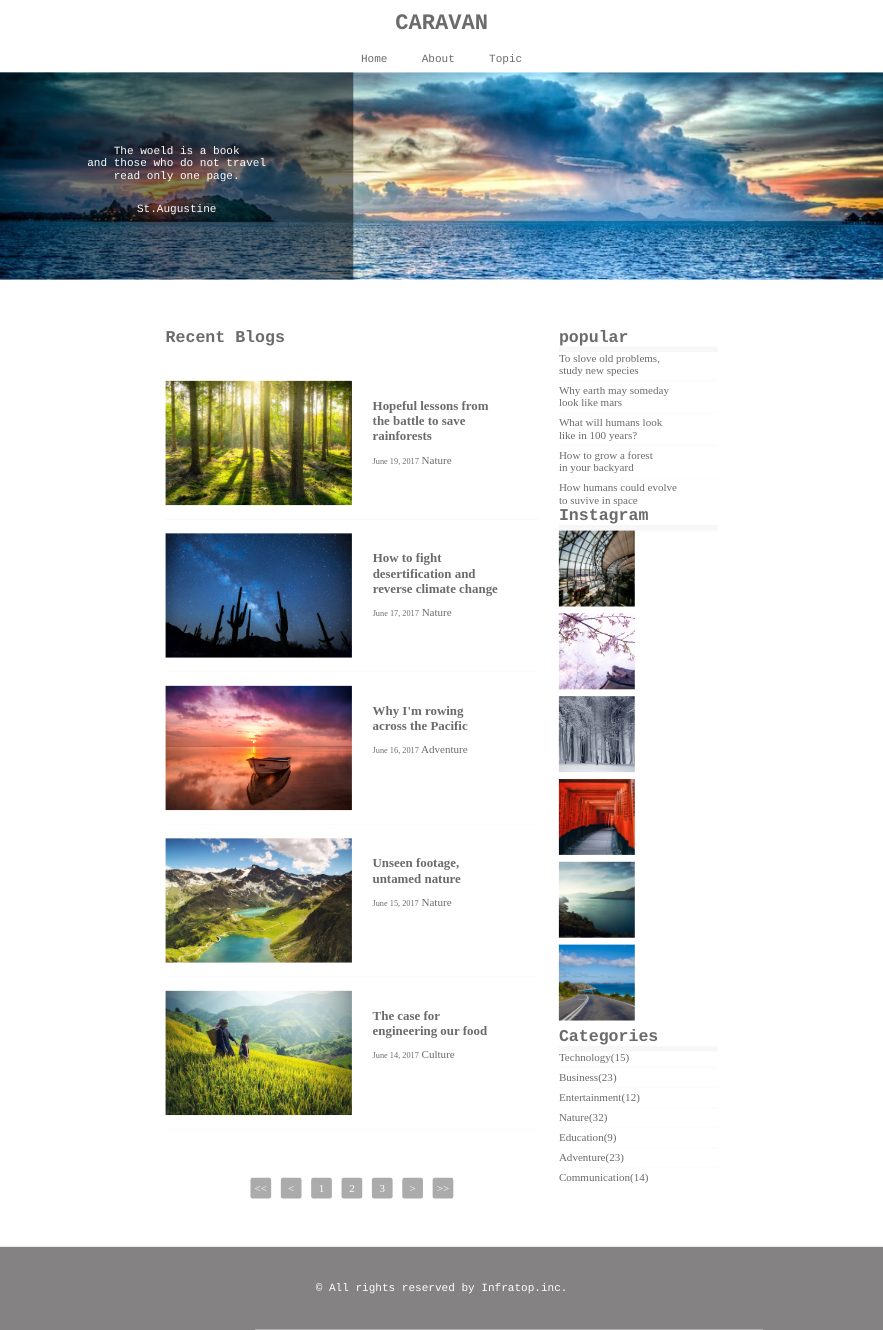
Repository: takuromiyazaki/kadai
Page: caravan/index.html
The author's editor kept a record of every edit. The page is drawn from the files as they stood at one moment, then again after the next edit.
The browser window is 1280 px wide. The pictures show the whole page, at 69% of full size.
Some web libraries are served in a nearby version.

Above is the page before.

After the next edit:
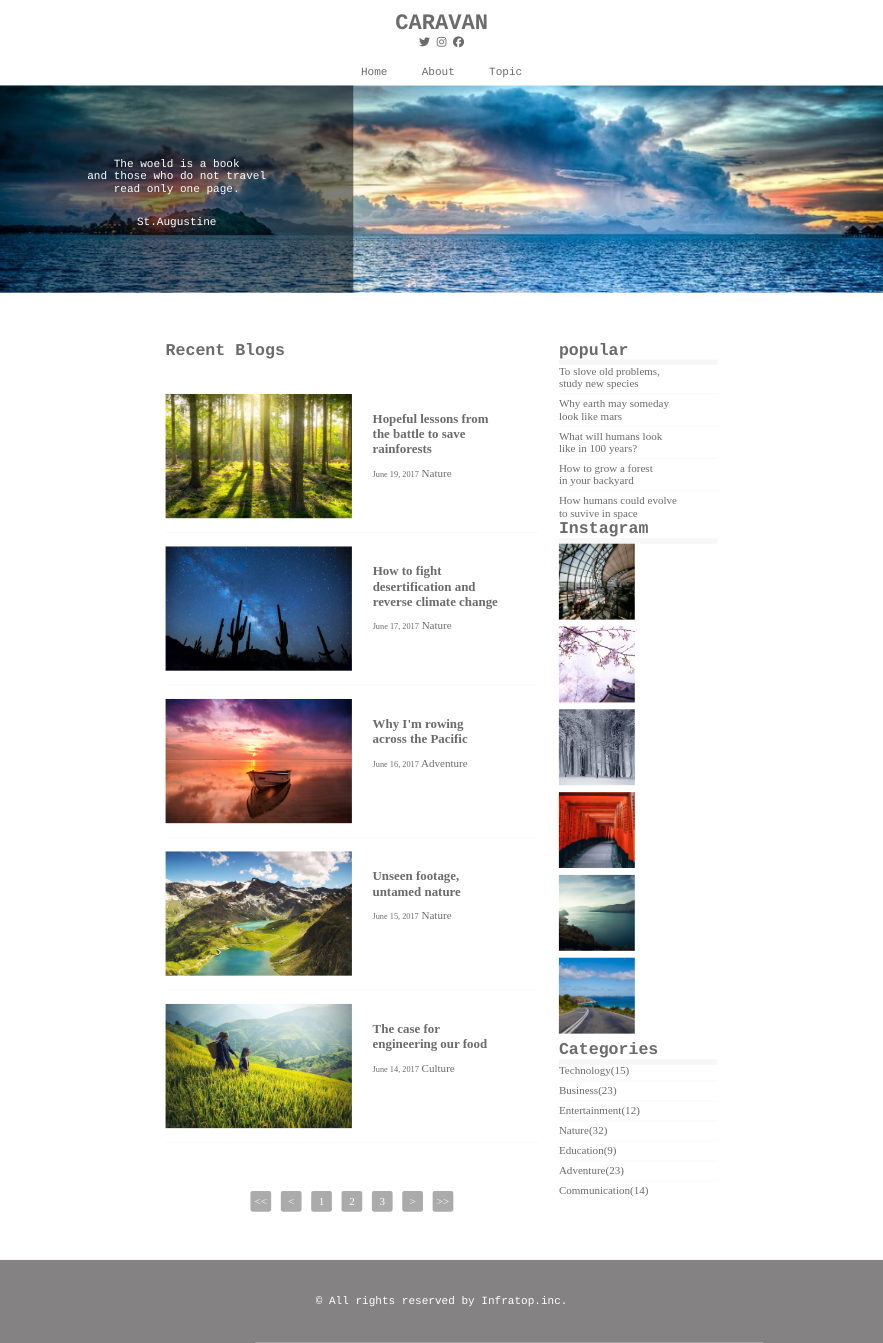
The edit:
--- a/caravan/index.html
+++ b/caravan/index.html
@@ -15,6 +15,9 @@
           </a>
       </h1>
       <div class="social"></div>
+      <i class="fa-brands fa-twitter"></i>
+      <i class="fa-brands fa-instagram"></i>
+      <i class="fa-brands fa-facebook"></i>
   </header>
   <nav>
    <ul class="nav-list">

After the edit that followed:
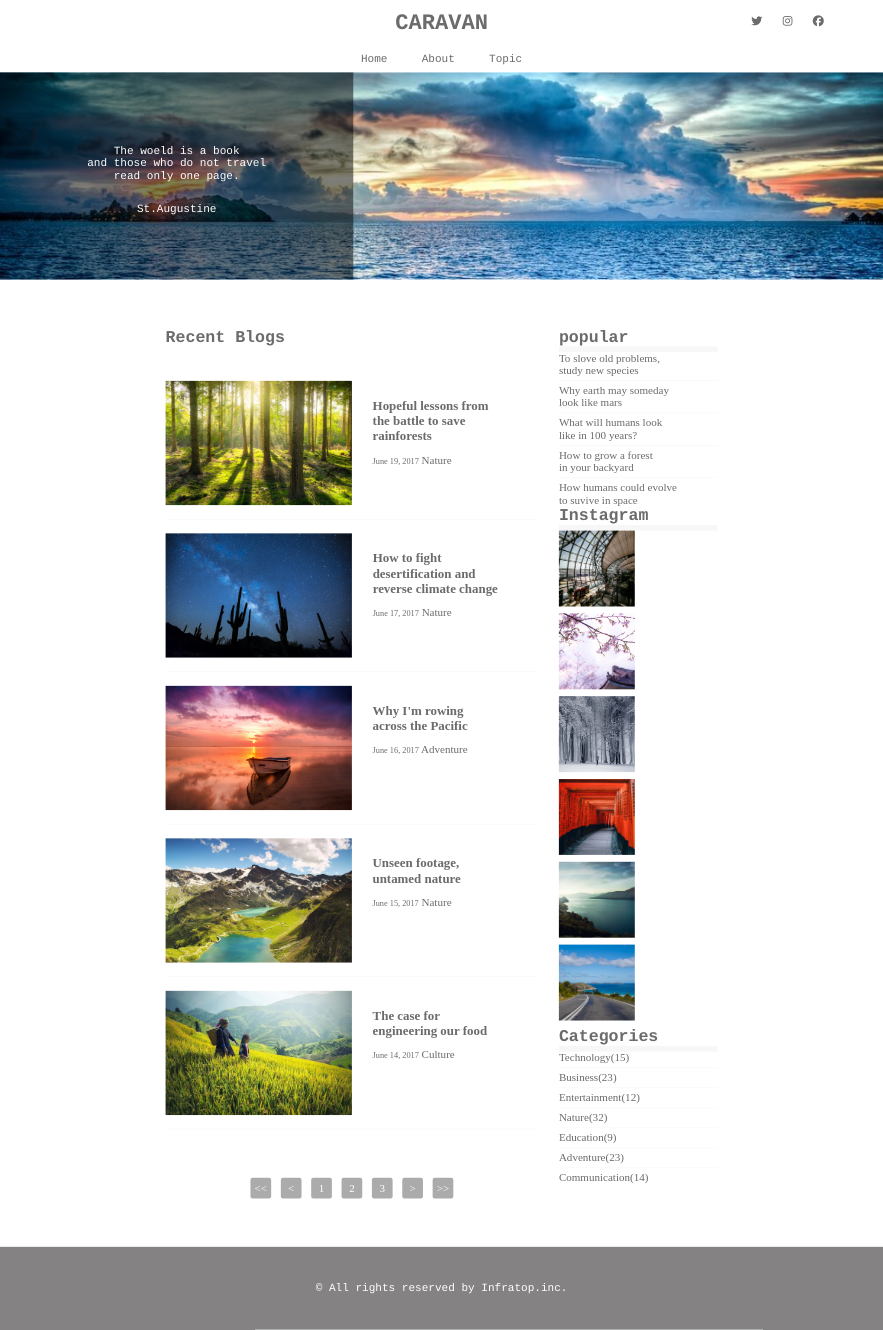
The edit:
--- a/caravan/index.html
+++ b/caravan/index.html
@@ -14,7 +14,7 @@
               CARAVAN
           </a>
       </h1>
-      <div class="social"></div>
+      <div class="social">
       <i class="fa-brands fa-twitter"></i>
       <i class="fa-brands fa-instagram"></i>
       <i class="fa-brands fa-facebook"></i>
